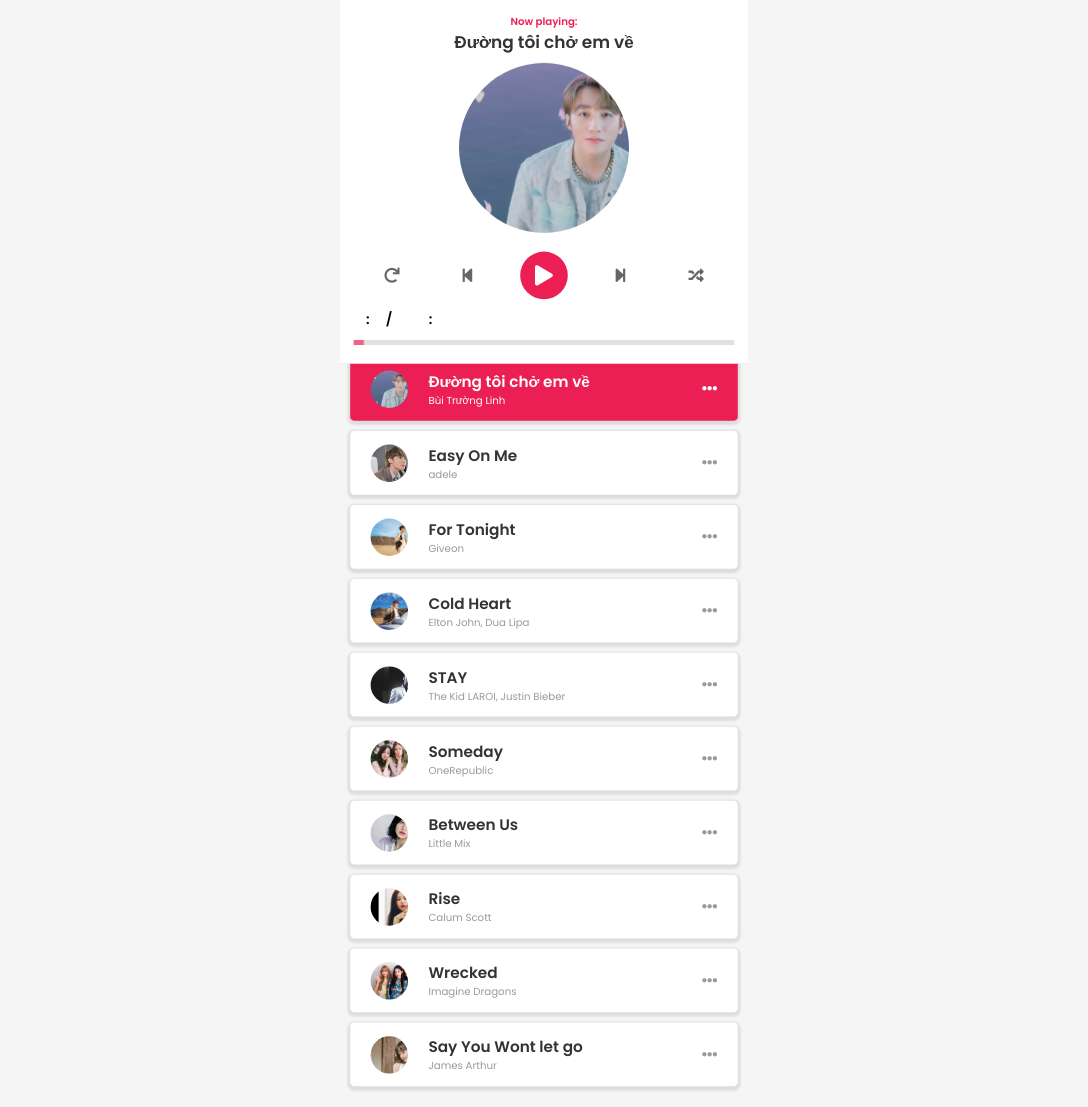
Repository: maivannhan1998/MusicPlayer.github.io
Page: index.html
These files come from the project's save history. The page is drawn as it stood at one moment and after the next save; the edit follows.
The browser window is 1280 px wide. The pictures show the whole page, at 85% of full size.

Above is the page before, as saved 2021-11-11 15:41:21.

After the next save:
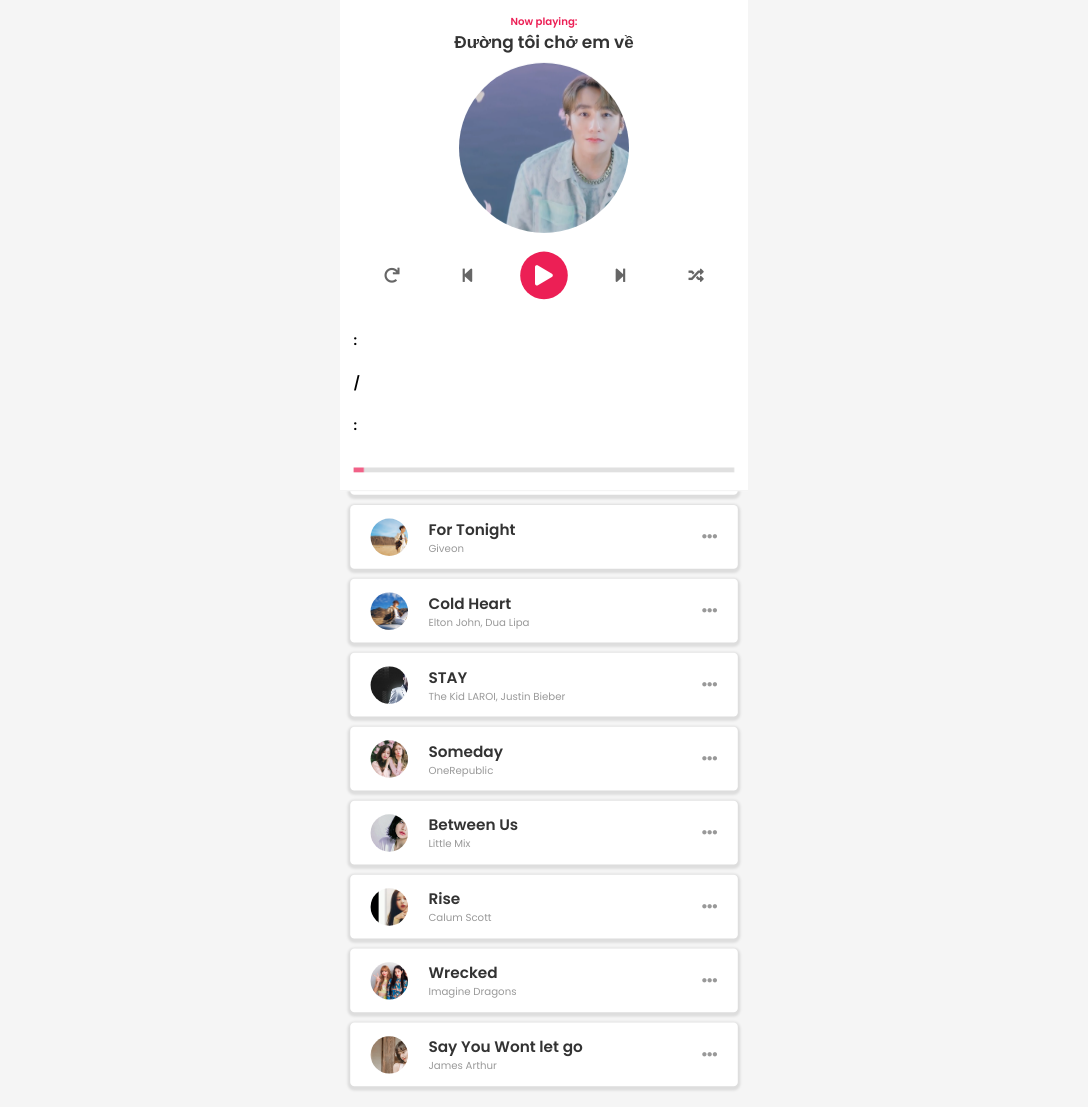
Saved 15 s later.
--- a/index.html
+++ b/index.html
@@ -274,9 +274,9 @@
                     time.innerHTML = times.toFixed();
                     Duration.innerHTML = minutes.toFixed();
                     timeDuration.innerHTML = millisecond.toFixed();
-                    dot.style.display = "inline-block";
-                    dash.style.display = "inline-block";
-                    mark.style.display = "inline-block";
+                    dot.style.display = "block";
+                    dash.style.display = "block";
+                    mark.style.display = "block";
                 },
 
                 // Xử lí khi tua bài hát

After the save that followed:
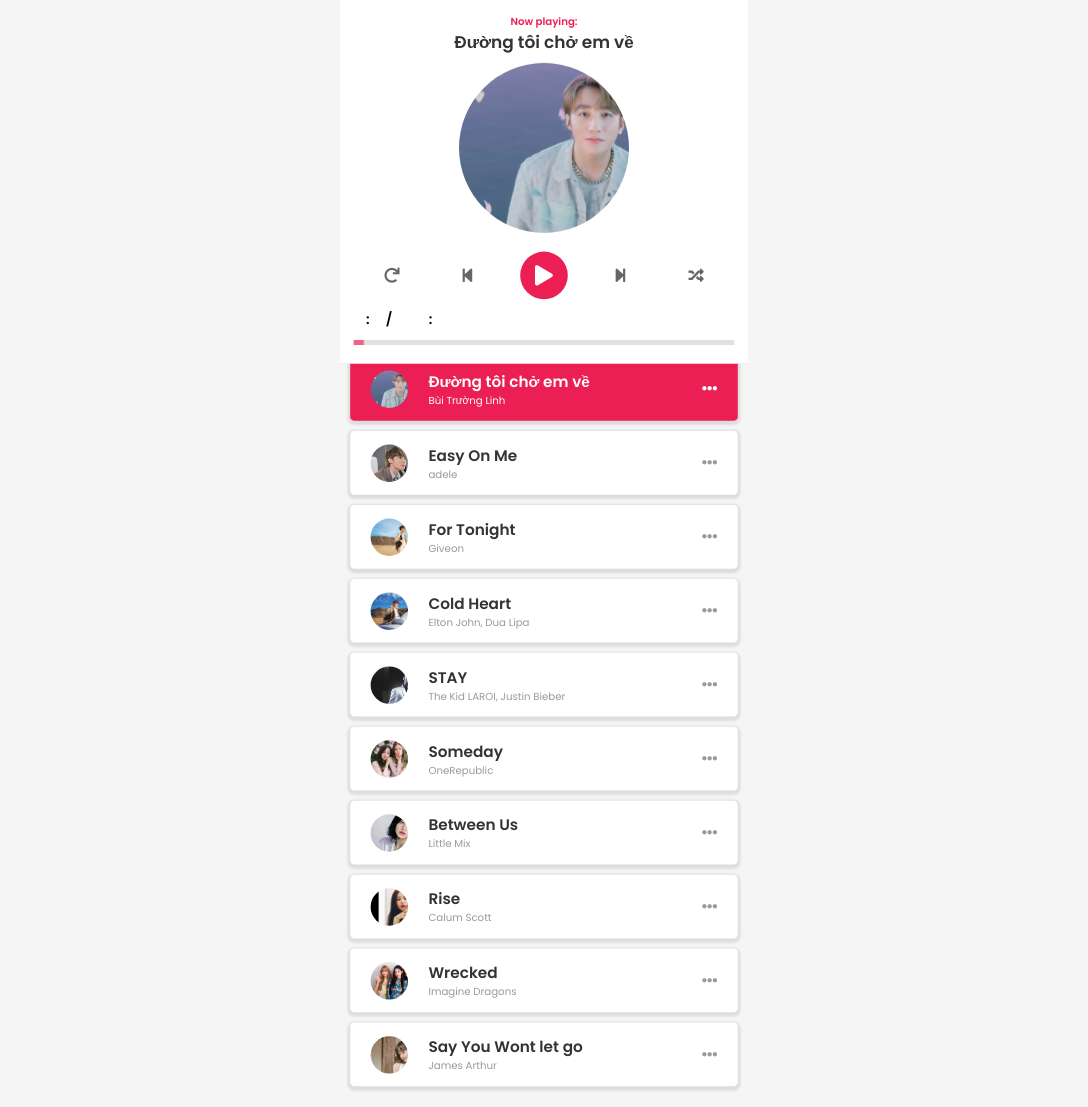
Saved 4 s later.
--- a/index.html
+++ b/index.html
@@ -274,9 +274,9 @@
                     time.innerHTML = times.toFixed();
                     Duration.innerHTML = minutes.toFixed();
                     timeDuration.innerHTML = millisecond.toFixed();
-                    dot.style.display = "block";
-                    dash.style.display = "block";
-                    mark.style.display = "block";
+                    dot.style.display = "inline-block";
+                    dash.style.display = "inline-block";
+                    mark.style.display = "inline-block";
                 },
 
                 // Xử lí khi tua bài hát
